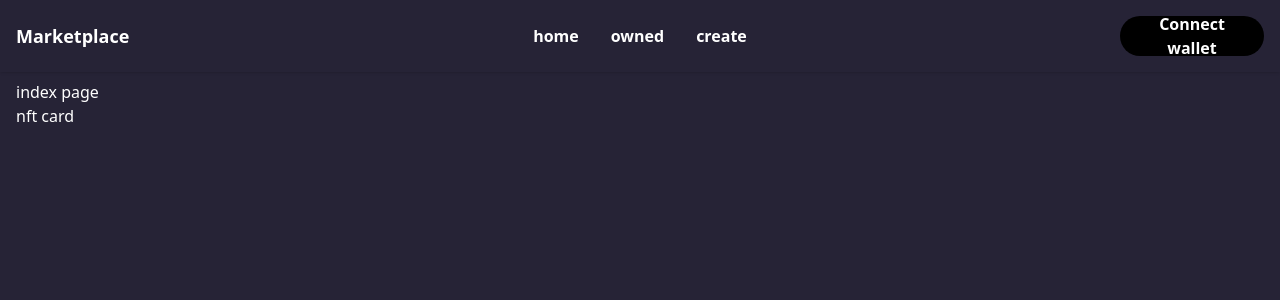
Repository: Kiendz3202/marketplace-frontend-nuxtjs
Page: /
An editor plug-in stored every save of this project. The page is shown before and after the next save, followed by the edit.
The browser window is 1280 px wide. The pictures show the whole page.
The project was rebuilt for these pictures with package versions that can differ from the ones it lists, and the page was loaded fresh each time. The framework's server and built-in components were replaced by stand-ins that run in the browser. Also part of the build but not shown: nuxt.config.js, components/connectWallet/AddressAvatar.vue.

Above is the page before, as saved 2022-11-08 14:11:24.

After the next save:
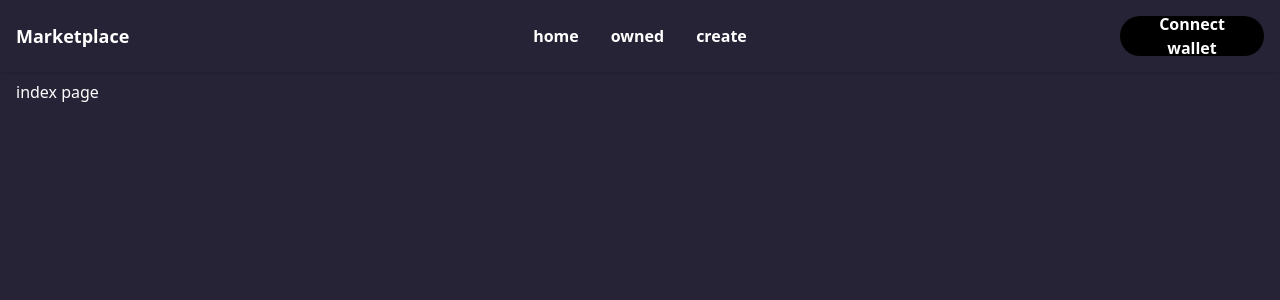
Saved 24 s later.
--- a/pages/index.vue
+++ b/pages/index.vue
@@ -1,7 +1,6 @@
 <template>
   <div>
     <h1 class="text-white z-10">index page</h1>
-    <NftCard />
   </div>
 </template>
 
